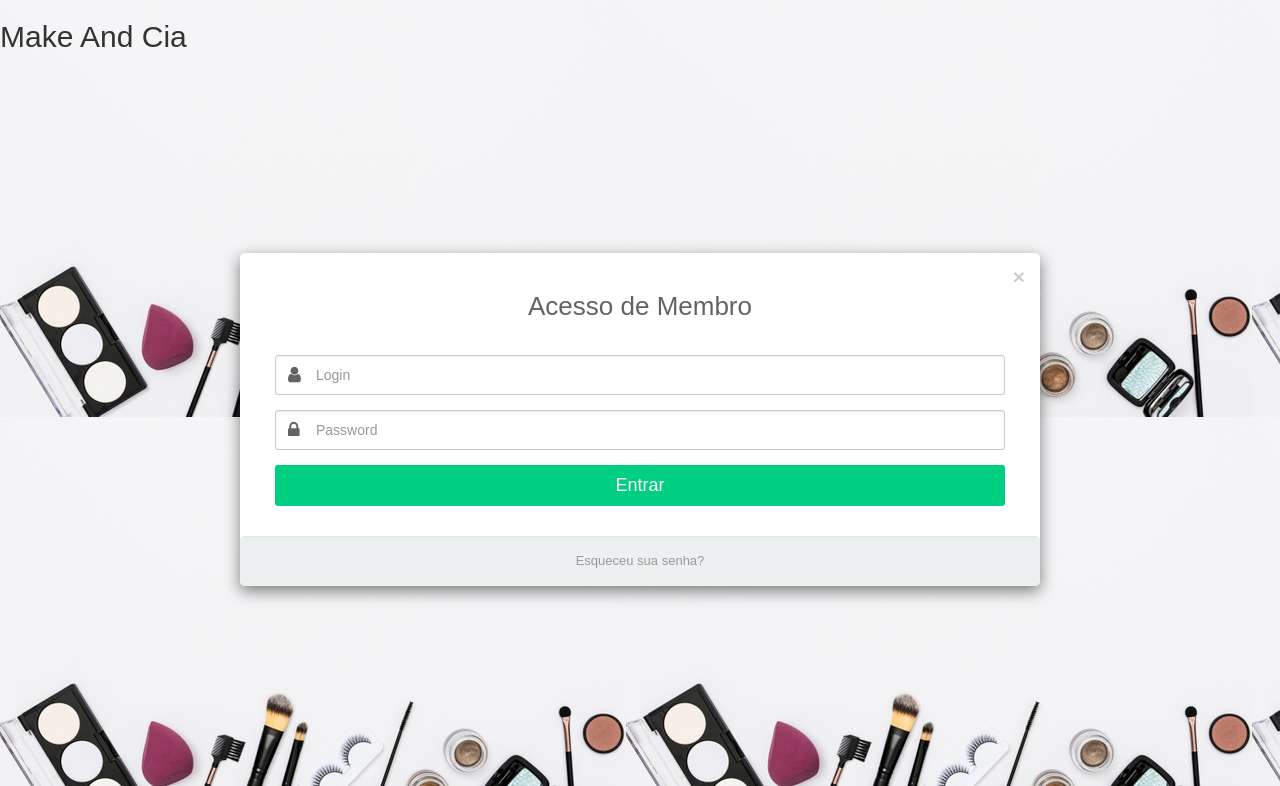
Repository: thuliobarbosa/Make_and_Cia
Page: Projeto_Make&Cia/MakeAndCia/WebContent/www/login.html
An editor plug-in stored every save of this project. The page is shown before and after a run of saves, followed by the edit.
The browser window is 1280 px wide. The pictures show the whole page.
Some web fonts or font styles are not loaded; a fallback is used.

Above is the page before, as saved 2020-11-10 19:57:36.

After the next 2 saves:
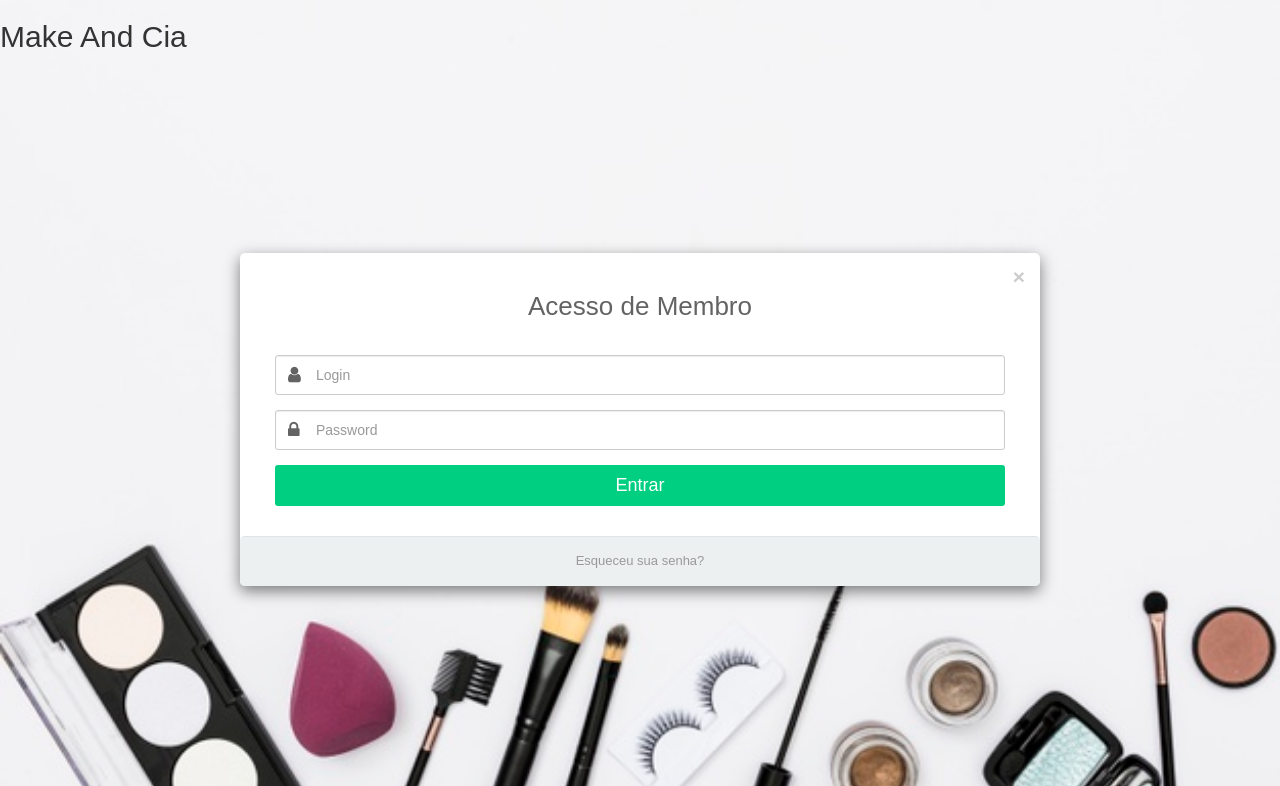
The 2 saves are shown as one change because they came seconds apart.
The last was saved 80 s later.
--- a/Projeto_Make&Cia/MakeAndCia/WebContent/www/login.html
+++ b/Projeto_Make&Cia/MakeAndCia/WebContent/www/login.html
@@ -13,7 +13,8 @@
 <style>
     body {
 		font-family: 'Varela Round', sans-serif;
-		background-image: url("dist/img/make.jpg")
+		background-image: url("dist/img/make.jpg");
+		background-size: cover
 	}
 	.modal-login {
 		color: #636363;
